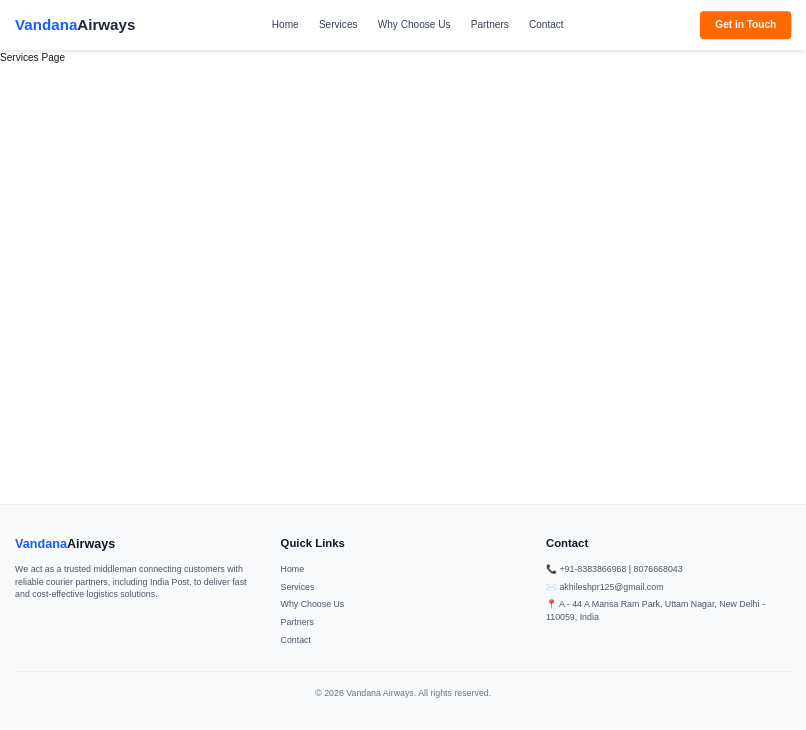
Repository: Rohit-foryou/Courier-Portfolio
Page: /services
These files come from the project's save history. The page is drawn as it stood at one moment and after the next save; the edit follows.
The browser window is 1280 px wide. The pictures show the whole page, at 63% of full size.
The project was rebuilt for these pictures with package versions that can differ from the ones it lists, and the page was loaded fresh each time. The framework's server and built-in components were replaced by stand-ins that run in the browser. Also part of the build but not shown: next.config.ts.

Above is the page before, as saved 2026-02-09 22:58:09.

### app/layout.tsx
import "./globals.css";
import Navbar from "../components/Navbar";
import Footer from "../components/Fotter";

export const metadata = {
  title: "Courier Portfolio",
  description: "Courier & logistics service portfolio website",
};

export default function RootLayout({
  children,
}: {
  children: React.ReactNode;
}) {
  return (
    <html lang="en">
      <body>
        <Navbar />
        <main className="min-h-screen">{children}</main>
        <Footer />
      </body>
    </html>
  );
}

### app/services/page.tsx
export default function ServicesPage() {
  return <h1>Services Page</h1>;
}

### components/Navbar.tsx
import Link from "next/link";

export default function Navbar() {
  return (
    <nav className="w-full bg-white sticky top-0 z-50 shadow-md">
      <div className="max-w-7xl mx-auto px-6">
        <div className="flex items-center justify-between h-20">

          {/* Logo */}
          <Link href="/" className="flex items-center">
            <span className="text-2xl font-bold text-blue-600">
              Vandana<span className="text-gray-800">Airways</span>
            </span>
          </Link>

          {/* Navigation Links */}
          <div className="hidden md:flex items-center space-x-8 text-gray-700 font-medium">
            {["Home", "Services", "Why Choose Us", "Partners", "Contact"].map(
              (item) => (
                <Link
                  key={item}
                  href={item === "Home" ? "/" : `/${item.toLowerCase().replace(/\s/g, "-")}`}
                  className="relative hover:text-blue-600 transition after:absolute after:left-0 after:-bottom-1 after:w-0 after:h-[2px] after:bg-orange-500 hover:after:w-full after:transition-all"
                >
                  {item}
                </Link>
              )
            )}
          </div>

          {/* CTA Button */}
          <Link
            href="/contact"
            className="bg-orange-500 text-white px-6 py-2.5 rounded-md font-semibold hover:bg-orange-600 transition shadow-sm"
          >
            Get in Touch
          </Link>
        </div>
      </div>
    </nav>
  );
}

### components/Fotter.tsx
import Link from "next/link";

export default function Footer() {
  return (
    <footer className="bg-gray-50 border-t border-gray-200">
      <div className="max-w-7xl mx-auto px-6 py-12">
        <div className="grid grid-cols-1 md:grid-cols-3 gap-8">
          {/* Brand / About */}
          <div>
            <h3 className="text-xl font-bold text-blue-600">
  Vandana<span className="text-gray-900">Airways</span>
</h3>

            <p className="mt-4 text-gray-600 text-sm">
              We act as a trusted middleman connecting customers with reliable
              courier partners, including India Post, to deliver fast and
              cost-effective logistics solutions.
            </p>
          </div>

          {/* Quick Links */}
          <div>
            <h4 className="text-lg font-semibold text-gray-900 mb-4">
Quick Links</h4>
            <ul className="mt-4 space-y-2 text-sm">
              <li>
                <Link
                  href="/"
                  className="text-gray-600 hover:text-blue-600 transition"
                >
                  Home
                </Link>
              </li>
              <li>
                <Link
                  href="/services"
                  className="text-gray-600 hover:text-blue-600 transition"
                >
                  Services
                </Link>
              </li>
              <li>
                <Link
                  href="/why-choose-us"
                  className="text-gray-600 hover:text-blue-600 transition"
                >
                  Why Choose Us
                </Link>
              </li>
              <li>
                <Link
                  href="/partners"
                  className="text-gray-600 hover:text-blue-600 transition"
                >
                  Partners
                </Link>
              </li>
              <li>
                <Link
                  href="/contact"
                  className="text-gray-600 hover:text-blue-600 transition"
                >
                  Contact
                </Link>
              </li>
            </ul>
          </div>

          {/* Contact Info */}
          <div>
            <h4 className="text-lg font-semibold text-gray-900">Contact</h4>
            <ul className="mt-4 space-y-2 text-gray-600 text-sm">
              <li>📞 +91-8383866968 | 8076668043</li>
              <li>✉️ akhileshpr125@gmail.com</li>
              <li>
                📍 A - 44 A Mansa Ram Park, Uttam Nagar, New Delhi - 110059, India
              </li>
            </ul>
          </div>
        </div>

        {/* Bottom Bar */}
        <div className="mt-10 border-t border-gray-200 pt-6 text-center text-sm text-gray-500">
          © {new Date().getFullYear()} Vandana Airways. All rights reserved.
        </div>
      </div>
    </footer>
  );
}

### components/CTASection.tsx
import Link from "next/link";
import Image from "next/image";

export default function CTASection() {
  return (
    <section className="relative overflow-hidden bg-gradient-to-r from-blue-50 to-white py-20">

      {/* Background Image (subtle, like Trackon) */}
      <div className="absolute right-0 top-0 h-full w-1/3 opacity-20 hidden md:block">
        <Image
          src="/images/courier-illustration.png"
          alt="Courier illustration"
          fill
          className="object-contain"
        />
      </div>

      {/* Content */}
      <div className="relative max-w-4xl mx-auto text-center px-6">
        <h2 className="text-3xl md:text-4xl font-bold text-gray-900">
          Need a Reliable Courier Partner?
        </h2>

        <p className="mt-4 text-gray-600 text-lg">
          Contact us today and let us handle your delivery needs with trusted
          courier partners.
        </p>

        <Link
          href="/contact"
          className="inline-block mt-8 bg-orange-500 hover:bg-orange-600 text-white px-8 py-3 rounded-md font-semibold transition shadow-md"
        >
          Get in Touch
        </Link>
      </div>
    </section>
  );
}

Loaded but not shown: app/globals.css (common file)

After the next save:
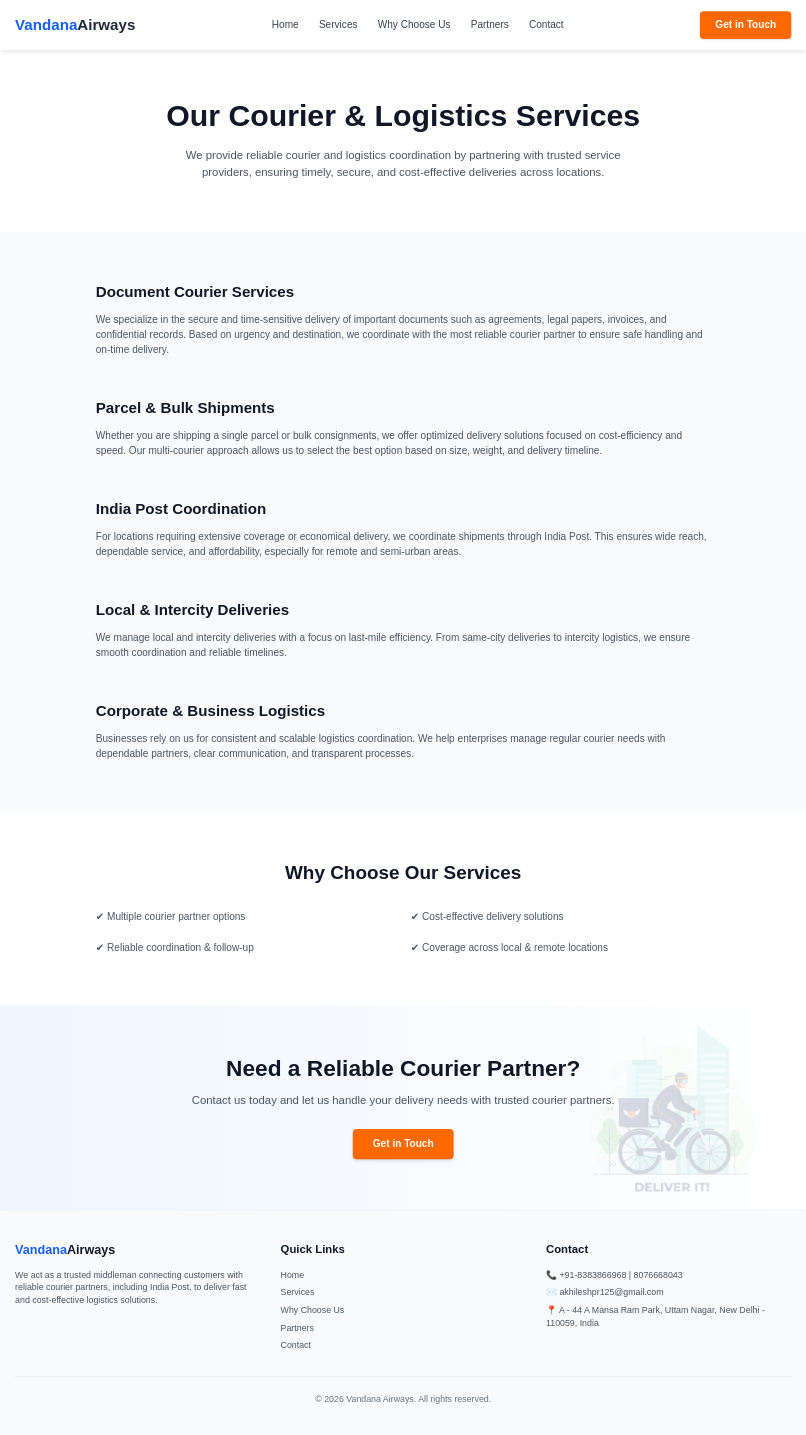
Saved 115 s later.
--- a/app/services/page.tsx
+++ b/app/services/page.tsx
@@ -1,3 +1,112 @@
+import CTASection from "../../components/CTASection";
+
 export default function ServicesPage() {
-  return <h1>Services Page</h1>;
+  return (
+    <>
+      {/* Page Header */}
+      <section className="bg-white py-20">
+        <div className="max-w-7xl mx-auto px-6 text-center">
+          <h1 className="text-4xl md:text-5xl font-bold text-gray-900">
+            Our Courier & Logistics Services
+          </h1>
+          <p className="mt-6 text-lg text-gray-600 max-w-3xl mx-auto">
+            We provide reliable courier and logistics coordination by partnering
+            with trusted service providers, ensuring timely, secure, and
+            cost-effective deliveries across locations.
+          </p>
+        </div>
+      </section>
+
+      {/* Services Details */}
+      <section className="bg-gray-50 py-20">
+        <div className="max-w-5xl mx-auto px-6 space-y-16">
+
+          {/* Service 1 */}
+          <div>
+            <h2 className="text-2xl font-semibold text-gray-900">
+              Document Courier Services
+            </h2>
+            <p className="mt-4 text-gray-600">
+              We specialize in the secure and time-sensitive delivery of
+              important documents such as agreements, legal papers, invoices,
+              and confidential records. Based on urgency and destination, we
+              coordinate with the most reliable courier partner to ensure safe
+              handling and on-time delivery.
+            </p>
+          </div>
+
+          {/* Service 2 */}
+          <div>
+            <h2 className="text-2xl font-semibold text-gray-900">
+              Parcel & Bulk Shipments
+            </h2>
+            <p className="mt-4 text-gray-600">
+              Whether you are shipping a single parcel or bulk consignments, we
+              offer optimized delivery solutions focused on cost-efficiency and
+              speed. Our multi-courier approach allows us to select the best
+              option based on size, weight, and delivery timeline.
+            </p>
+          </div>
+
+          {/* Service 3 */}
+          <div>
+            <h2 className="text-2xl font-semibold text-gray-900">
+              India Post Coordination
+            </h2>
+            <p className="mt-4 text-gray-600">
+              For locations requiring extensive coverage or economical delivery,
+              we coordinate shipments through India Post. This ensures wide
+              reach, dependable service, and affordability, especially for
+              remote and semi-urban areas.
+            </p>
+          </div>
+
+          {/* Service 4 */}
+          <div>
+            <h2 className="text-2xl font-semibold text-gray-900">
+              Local & Intercity Deliveries
+            </h2>
+            <p className="mt-4 text-gray-600">
+              We manage local and intercity deliveries with a focus on last-mile
+              efficiency. From same-city deliveries to intercity logistics, we
+              ensure smooth coordination and reliable timelines.
+            </p>
+          </div>
+
+          {/* Service 5 */}
+          <div>
+            <h2 className="text-2xl font-semibold text-gray-900">
+              Corporate & Business Logistics
+            </h2>
+            <p className="mt-4 text-gray-600">
+              Businesses rely on us for consistent and scalable logistics
+              coordination. We help enterprises manage regular courier needs
+              with dependable partners, clear communication, and transparent
+              processes.
+            </p>
+          </div>
+
+        </div>
+      </section>
+
+      {/* Why Choose Us */}
+      <section className="bg-white py-20">
+        <div className="max-w-5xl mx-auto px-6">
+          <h2 className="text-3xl font-bold text-gray-900 text-center">
+            Why Choose Our Services
+          </h2>
+
+          <ul className="mt-10 grid grid-cols-1 md:grid-cols-2 gap-6 text-gray-600">
+            <li>✔ Multiple courier partner options</li>
+            <li>✔ Cost-effective delivery solutions</li>
+            <li>✔ Reliable coordination & follow-up</li>
+            <li>✔ Coverage across local & remote locations</li>
+          </ul>
+        </div>
+      </section>
+
+      {/* CTA */}
+      <CTASection />
+    </>
+  );
 }
